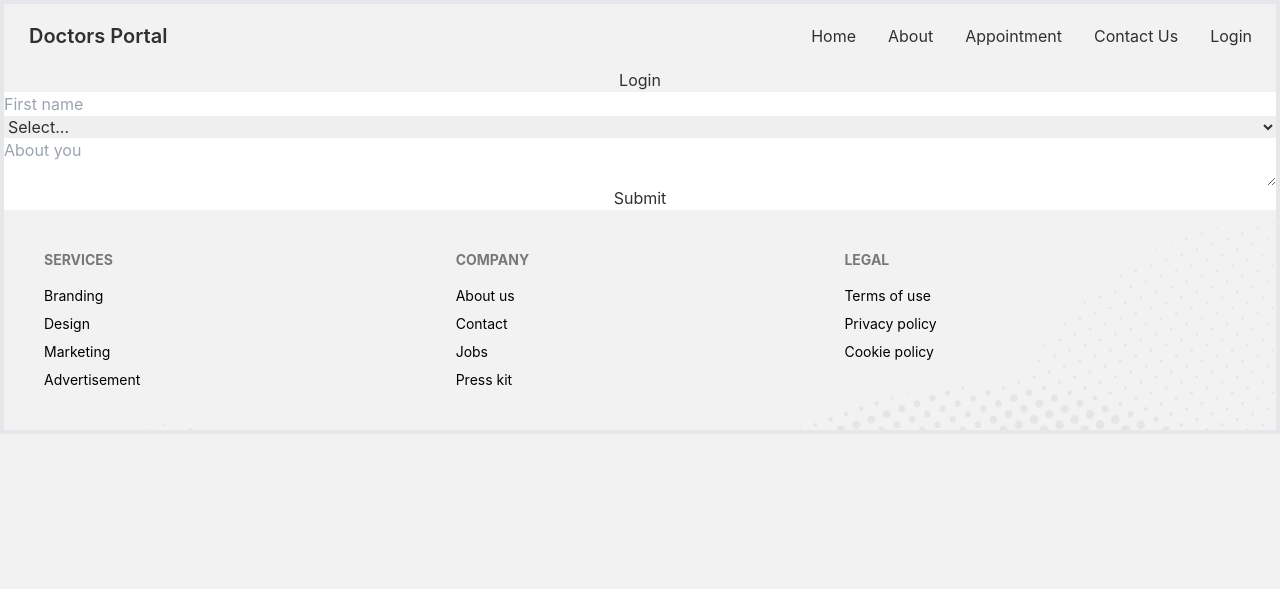
Repository: Samad77/Doctorportal-Client
Page: /login
These files come from the project's save history. The page is drawn as it stood at one moment and after the next save; the edit follows.
The browser window is 1280 px wide. The pictures show the whole page.
The project was rebuilt for these pictures with package versions that can differ from the ones it lists, and the page was loaded fresh each time. Also part of the build but not shown: src/Pages/Appointment/BookingModal/BookingModal.js, src/Pages/Appointment/AppoinmentCard/AppoinmentCard.js, src/Pages/Appointment/AppointmentBanner/AppointmentBanner.js, src/Pages/Appointment/AvailavleAppoinment/AvailableAppoinment.js, src/Pages/Appointment/Appoinment/Appoinment.js, src/Components/PrimaryButton/PrimaryButton.js, src/Pages/Home/Banner/Banner.js, src/Pages/Home/Cards/Cards.js and 5 more.

Above is the page before, as saved 2022-11-15 10:48:40.

### src/index.js
import React from 'react';
import ReactDOM from 'react-dom/client';
import './index.css';
import App from './App';
import reportWebVitals from './reportWebVitals';
import 'react-day-picker/dist/style.css';
const root = ReactDOM.createRoot(document.getElementById('root'));
root.render(
  <React.StrictMode>
    <App />
  </React.StrictMode>
);

// If you want to start measuring performance in your app, pass a function
// to log results (for example: reportWebVitals(console.log))
// or send to an analytics endpoint. Learn more: https://bit.ly/CRA-vitals
reportWebVitals();

### src/App.js
import logo from './logo.svg';
import './App.css';
import {RouterProvider} from 'react-router-dom'
import router from './Layout/Routes/Routes';
import Cards from './Pages/Home/Cards/Cards';
function App() {
  return (
    <div className="App max-w-[1440px] mx-auto border-4">
      <RouterProvider router={router}>

      </RouterProvider>
    </div>
  );
}

export default App;

### src/Layout/Routes/Routes.js
import { createBrowserRouter } from "react-router-dom";
import Appoinment from "../../Pages/Appointment/Appoinment/Appoinment";
import Home from "../../Pages/Home/Home";
import Login from "../../Pages/Login/Login";
import Main from "../Main/Main";

const router = createBrowserRouter([
    {path : "/",
    element : <Main></Main>,
    children : [
        {path : '/', element : <Home></Home>,},
        {path: '/home', element : <Home></Home>},
        {path: '/login', element : <Login></Login>},
        {path : '/appointment', element: <Appoinment></Appoinment>}
    ]
    }
])

export default router;

### src/Pages/Login/Login.js
import React, { useState } from 'react';
import { useForm } from 'react-hook-form';

const Login = () => {
    const { register, handleSubmit } = useForm();
    const [data, setData] = useState("");

    return (
        <section>
            <h1>Login</h1>
            <form onSubmit={handleSubmit((data) => setData(JSON.stringify(data)))} className="flex flex-col bg-white">
                <input {...register("firstName")} placeholder="First name" />
                <select {...register("category", { required: true })}>
                    <option value="">Select...</option>
                    <option value="A">Option A</option>
                    <option value="B">Option B</option>
                </select>
                <textarea {...register("aboutYou")} placeholder="About you" />
                <p>{data}</p>
                <input type="submit" />
            </form>
        </section>
    );
};

export default Login;

### src/Layout/Main/Main.js
import React from 'react';
import Footer from '../../Pages/Shared/Footer/Footer';
import Navbar from '../../Pages/Shared/Navbar/Navbar';
import {Outlet} from 'react-router-dom'
const Main = () => {
    return (
        <div>
            <Navbar></Navbar>
                <Outlet></Outlet>
            <Footer></Footer>
        </div>
    );
};

export default Main;

### src/Pages/Shared/Footer/Footer.js
import React from 'react';
import footerImg from '../../../assets/images/footer.png'
const Footer = () => {
    return (
        <footer className="footer p-10 text-black" style={{background : `url(${footerImg})`, backgroundSize: "cover"}}>
  <div>
    <span className="footer-title">Services</span>
    <a className="link link-hover">Branding</a>
    <a className="link link-hover">Design</a>
    <a className="link link-hover">Marketing</a>
    <a className="link link-hover">Advertisement</a>
  </div>
  <div>
    <span className="footer-title">Company</span>
    <a className="link link-hover">About us</a>
    <a className="link link-hover">Contact</a>
    <a className="link link-hover">Jobs</a>
    <a className="link link-hover">Press kit</a>
  </div>
  <div>
    <span className="footer-title">Legal</span>
    <a className="link link-hover">Terms of use</a>
    <a className="link link-hover">Privacy policy</a>
    <a className="link link-hover">Cookie policy</a>
  </div>
</footer>
    );
};

export default Footer;

### src/Pages/Shared/Navbar/Navbar.js
import React from 'react';
import {Link} from 'react-router-dom'
const Navbar = () => {

    const menuItems =

    <React.Fragment>
        <li><Link to="/home">Home</Link></li>
        <li><Link to="/about">About</Link></li>
        <li><Link to="/appointment">Appointment</Link></li>
        <li><Link to="/contact">Contact Us</Link></li>
        <li><Link to="/login">Login</Link></li>
    </React.Fragment>

    return (
        <div className="navbar bg-base-100 flex justify-between">
  <div className="navbar-start">
    <div className="dropdown">
      <label tabIndex={0} className="btn btn-ghost lg:hidden">
        <svg xmlns="http://www.w3.org/2000/svg" className="h-5 w-5" fill="none" viewBox="0 0 24 24" stroke="currentColor"><path strokeLinecap="round" strokeLinejoin="round" strokeWidth="2" d="M4 6h16M4 12h8m-8 6h16" /></svg>
      </label>
      <ul tabIndex={0} className="menu menu-compact dropdown-content mt-3 p-2 shadow rounded-box w-52">
            {menuItems}
      </ul>
    </div>
    <Link to='/' className="btn btn-ghost normal-case text-xl">Doctors Portal</Link>
  </div>
  <div className="navbar-center hidden lg:flex">
    <ul className="menu menu-horizontal p-0">
        {menuItems}
    </ul>
  </div>

</div>
    );
};

export default Navbar;

### tailwind.config.js
/** @type {import('tailwindcss').Config} */
module.exports = {
  content: ["./src/**/*.{js,jsx,ts,tsx}"],
  theme: {
    extend: {},
  },
  daisyui : {
    themes : [

    {
      doctorThemes: {

primary: "#0FCFEC",

secondary: "#19D3AE",

neutral: "#3A4256",

"base-100": "#F2F2F2",

      },
    },
  ]
  },
  plugins: [require("daisyui")],
}

Loaded but not shown: public/index.html (common file); src/index.css (common file); src/reportWebVitals.js (common file); src/App.css (common file)

After the next save:
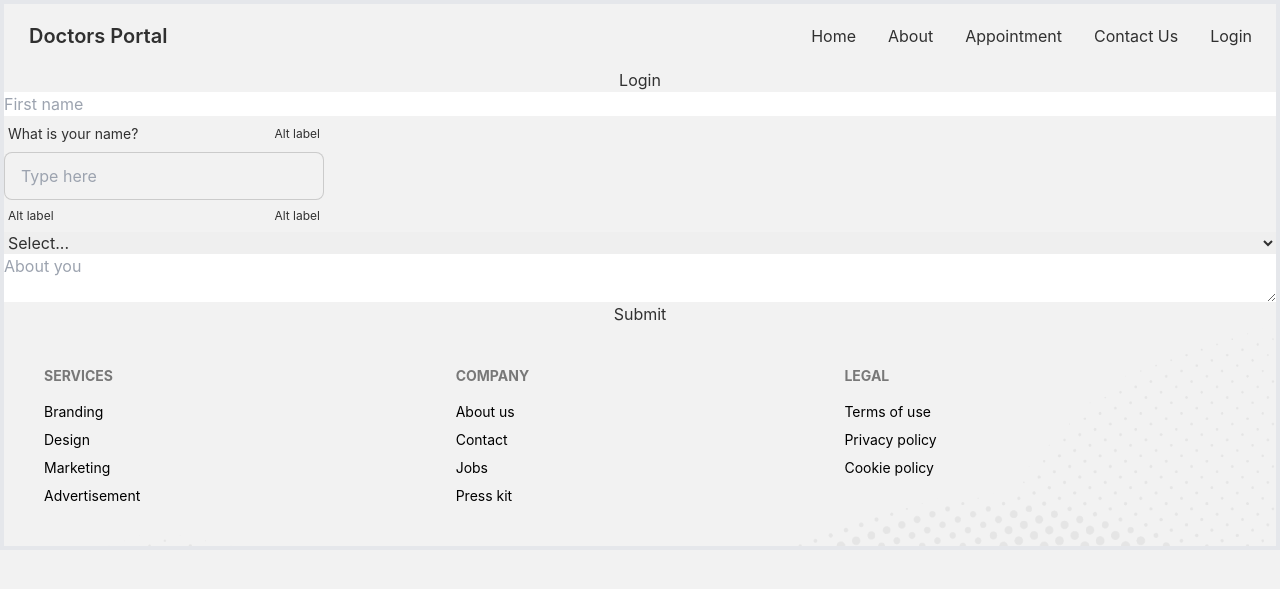
Saved 52 s later.
--- a/src/Pages/Login/Login.js
+++ b/src/Pages/Login/Login.js
@@ -8,8 +8,19 @@ const Login = () => {
     return (
         <section>
             <h1>Login</h1>
-            <form onSubmit={handleSubmit((data) => setData(JSON.stringify(data)))} className="flex flex-col bg-white">
+            <form onSubmit={handleSubmit((data) => setData(JSON.stringify(data)))} className="flex flex-col ">
                 <input {...register("firstName")} placeholder="First name" />
+                <div className="form-control w-full max-w-xs">
+                    <label className="label">
+                        <span className="label-text">What is your name?</span>
+                        <span className="label-text-alt">Alt label</span>
+                    </label>
+                    <input type="text" placeholder="Type here" className="input input-bordered w-full max-w-xs" />
+                    <label className="label">
+                        <span className="label-text-alt">Alt label</span>
+                        <span className="label-text-alt">Alt label</span>
+                    </label>
+                </div>
                 <select {...register("category", { required: true })}>
                     <option value="">Select...</option>
                     <option value="A">Option A</option>
